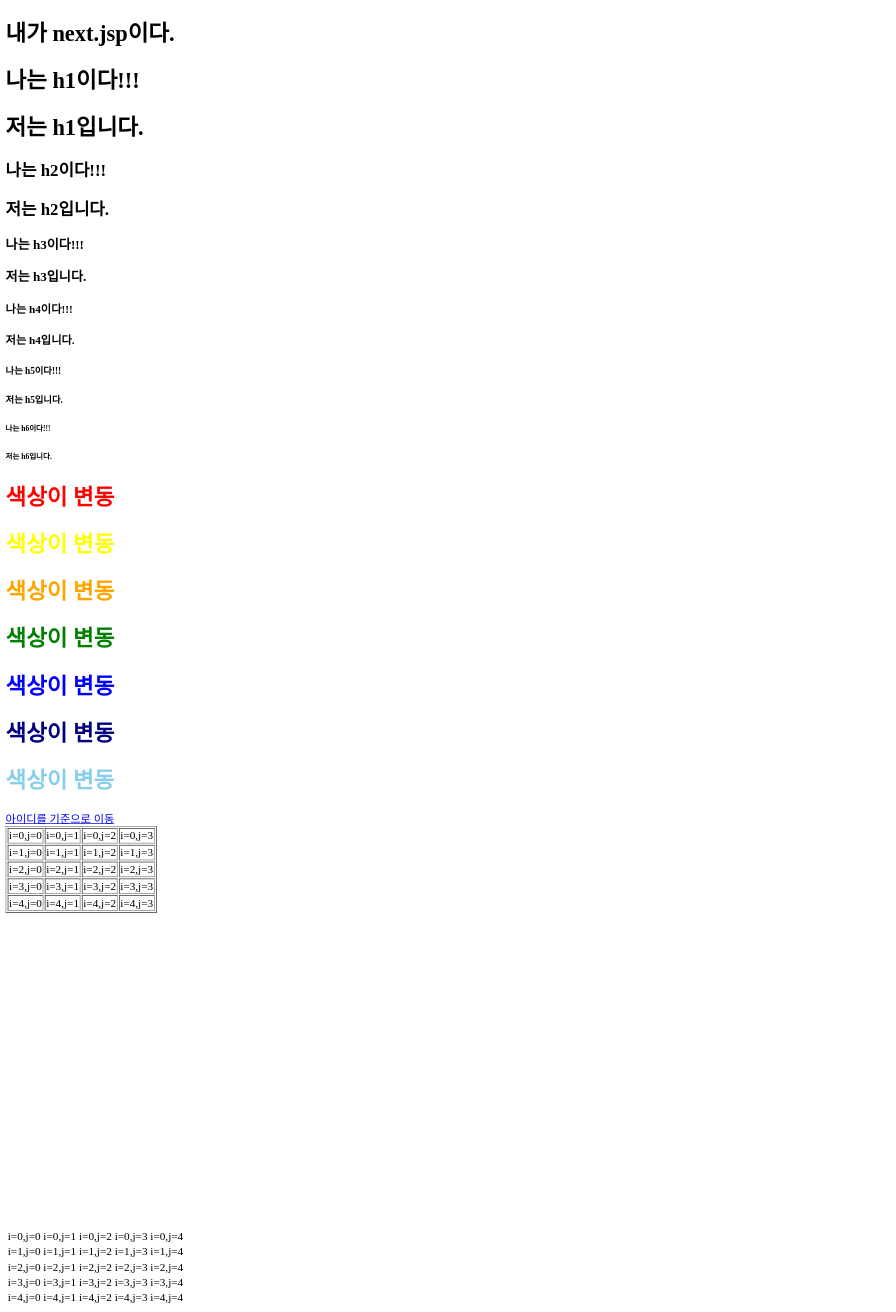
Repository: to-flatwhite1/JSP
Page: http://localhost/JSP07/next.jsp
The author's editor kept a copy of each file at every save. The page is drawn from the files as they stood at one save, then again after the next save.
The browser window is 1280 px wide. The pictures show the whole page, at 70% of full size.
The page is served by Tomcat 9.

Above is the page before, as saved 2024-05-16 04:30:34.

After the next save:
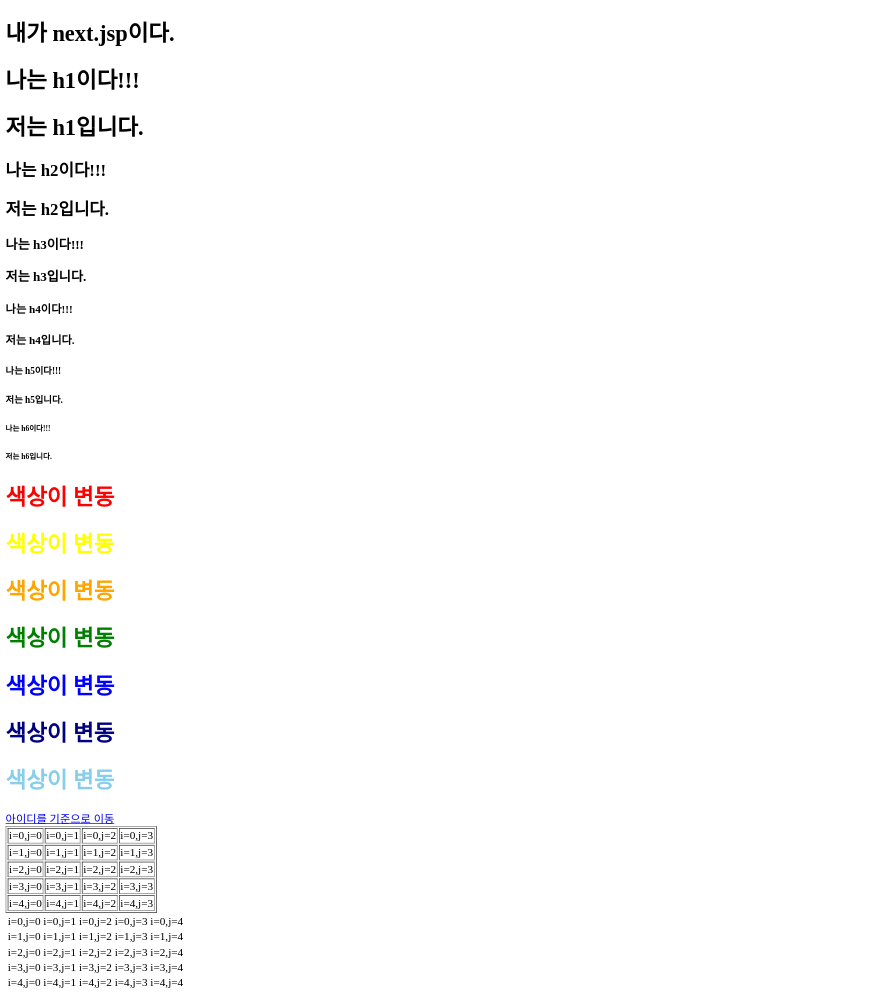
Saved 5 s later.
--- a/JSP07/src/main/webapp/next.jsp
+++ b/JSP07/src/main/webapp/next.jsp
@@ -83,7 +83,7 @@
 				for(int i=0; i<5; i++){
 					out.print("<tr>");
 					for(int j=0; j<5; j++){
-						out.print("<td>i="+i+",j="+j+"</td>"+"<br>");
+						out.print("<td>i="+i+",j="+j+"</td>");
 					}
 					out.print("</tr>");
 				}
